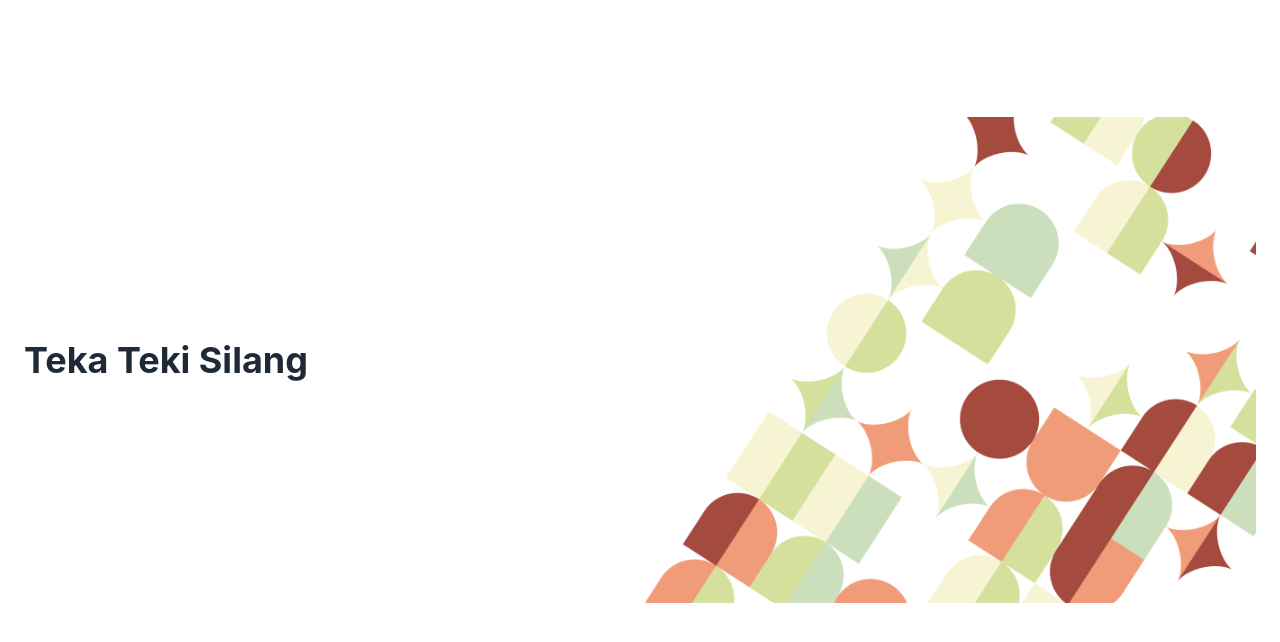
Repository: farrelmuhammad/tts-clue
Page: /
These files come from the project's save history. The page is drawn as it stood at one moment and after the next save; the edit follows.
The browser window is 1280 px wide. The pictures show the whole page.
The project was rebuilt for these pictures with package versions that can differ from the ones it lists, and the page was loaded fresh each time. Also part of the build but not shown: src/App.css.

Above is the page before, as saved 2023-02-02 18:06:59.

After the next save:
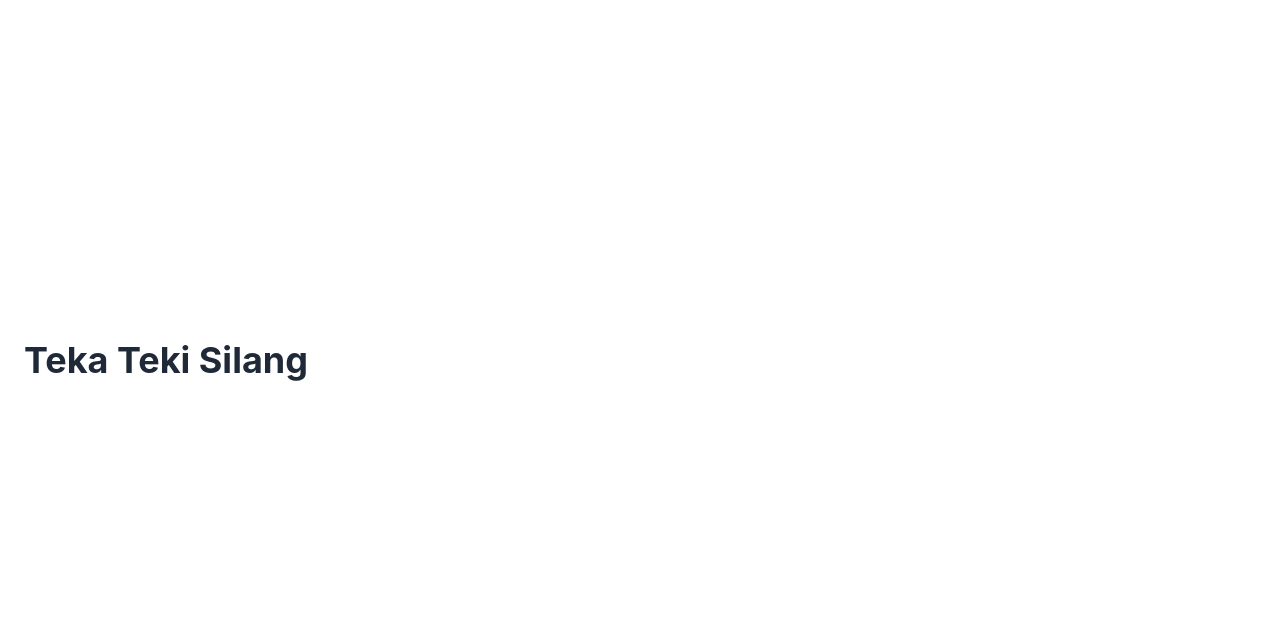
Saved 33 s later.
--- a/src/App.js
+++ b/src/App.js
@@ -1,5 +1,5 @@
 import "./App.css";
-import bgHome from "./assets/background.png"
+import bgHome from "./assets/background.png";
 
 function App() {
   return (
@@ -11,8 +11,11 @@ function App() {
               <h1 class="text-4xl font-bold text-gray-800">Teka Teki Silang</h1>
             </div>
             {/* <div class="xl:ml-20 xl:w-5/12 lg:w-5/12 md:w-8/12 mb-12 md:mb-0"> */}
-            <div class="grow-0 shrink-1 md:shrink-0 basis-auto xl:w-6/12 lg:w-6/12 md:w-9/12 mb-12 md:mb-0">
-              <img src={bgHome} class="w-full h-full object-cover" />
+            <div
+              class="grow-0 shrink-1 md:shrink-0 basis-auto xl:w-6/12 lg:w-6/12 md:w-9/12 mb-12 md:mb-0"
+              style={{ backgroundImage: `url(${bgHome})` }}
+            >
+              {/* <img src={bgHome} class="w-full h-full object-cover" /> */}
             </div>
           </div>
         </div>
